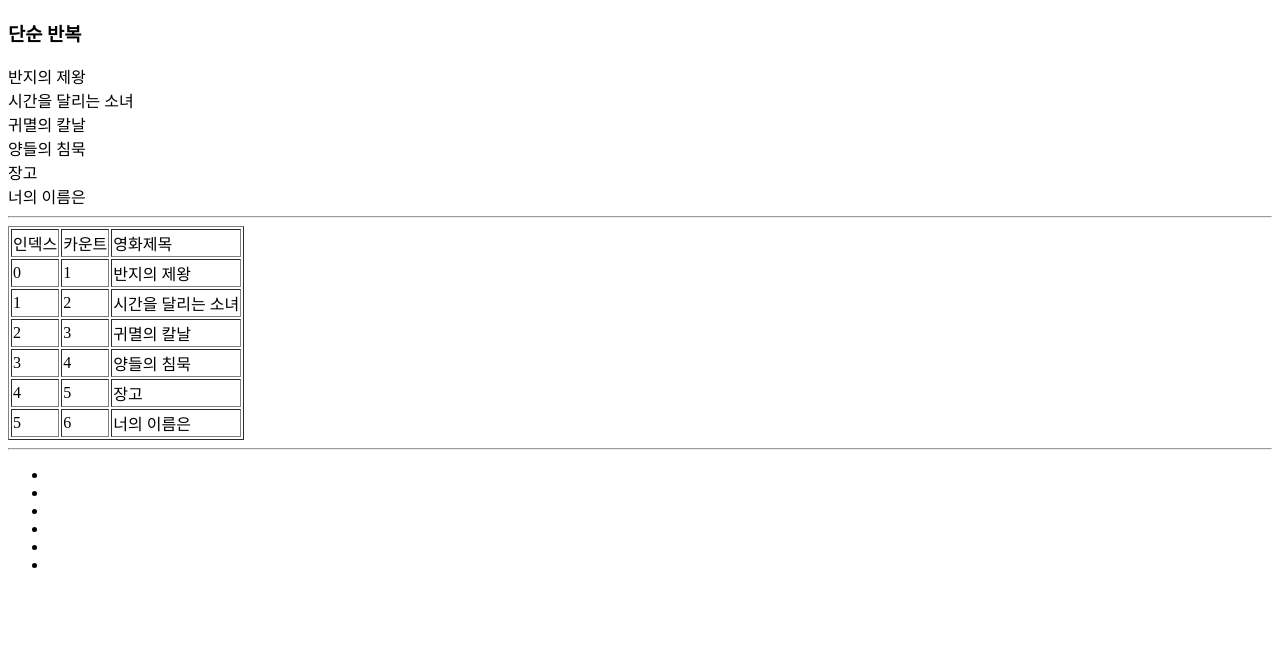
Repository: YooMyeongSeon/JSP_Servlet_Study
Page: http://localhost/web07/Ex_12.jsp
An editor plug-in stored every save of this project. The page is shown before and after the next save, followed by the edit.
The browser window is 1280 px wide. The pictures show the whole page.
The page is served by Tomcat 9. Other server files are loaded and not shown.

Above is the page before, as saved 2022-06-10 05:53:29.

### web07/WebContent/Ex_12.jsp
<%@ page language="java" contentType="text/html; charset=UTF-8"
    pageEncoding="UTF-8"%>
<%@ taglib prefix="c" uri="http://java.sun.com/jsp/jstl/core" %>
<!DOCTYPE html>
<html>
<head>
<meta charset="UTF-8">
<title>Insert title here</title>
</head>
<body>
	<%
		String[] movieList = {"반지의 제왕", "시간을 달리는 소녀", "귀멸의 칼날", "양들의 침묵", "장고", "너의 이름은"};
		pageContext.setAttribute("mList", movieList);
	%>
	<h3>단순 반복</h3>
	<c:forEach items="${mList}" var="mTiile">
		${mTiile}<br>
	</c:forEach>
	<hr>
	<table border="1">
		<tr>
			<td>인덱스</td>
			<td>카운트</td>
			<td>영화제목</td>
		</tr>
		<c:forEach items="${mList}" var="mTiile" varStatus="vs">
		<tr>
			<td>${vs.index}</td>
			<td>${vs.count}</td>
			<td>${mTiile}</td>
		</tr>
		</c:forEach>
	</table>
	<hr>
	<ul>
		<c:forEach items="${mList}" var="mTiile" varStatus="vs">
			<c:choose>
				<c:when test="${vs.first}">
					<li></li>
				</c:when>
				<c:when test="${vs.last}">
					<li></li>
				</c:when>
				<c:otherwise>
					<li></li>
				</c:otherwise>
			</c:choose>
		</c:forEach>
	</ul>
</body>
</html>

After the next save:
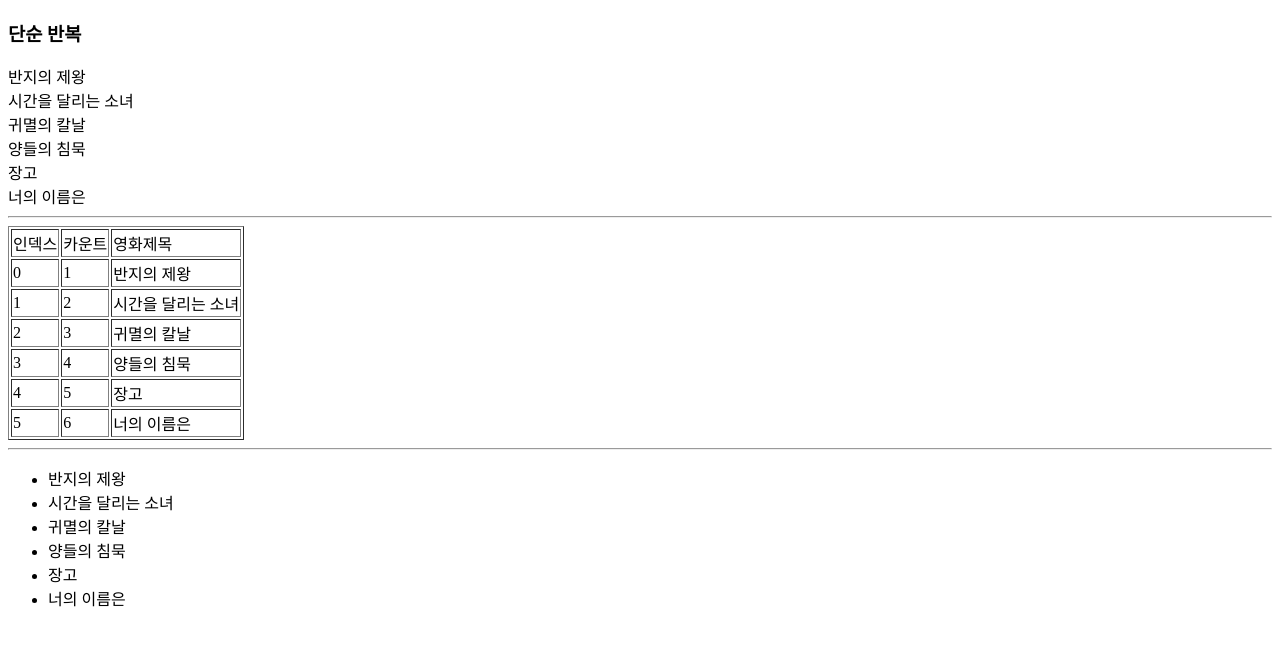
Saved 13 s later.
--- a/web07/WebContent/Ex_12.jsp
+++ b/web07/WebContent/Ex_12.jsp
@@ -36,13 +36,13 @@
 		<c:forEach items="${mList}" var="mTiile" varStatus="vs">
 			<c:choose>
 				<c:when test="${vs.first}">
-					<li></li>
+					<li>${mTiile}</li>
 				</c:when>
 				<c:when test="${vs.last}">
-					<li></li>
+					<li>${mTiile}</li>
 				</c:when>
 				<c:otherwise>
-					<li></li>
+					<li>${mTiile}</li>
 				</c:otherwise>
 			</c:choose>
 		</c:forEach>
